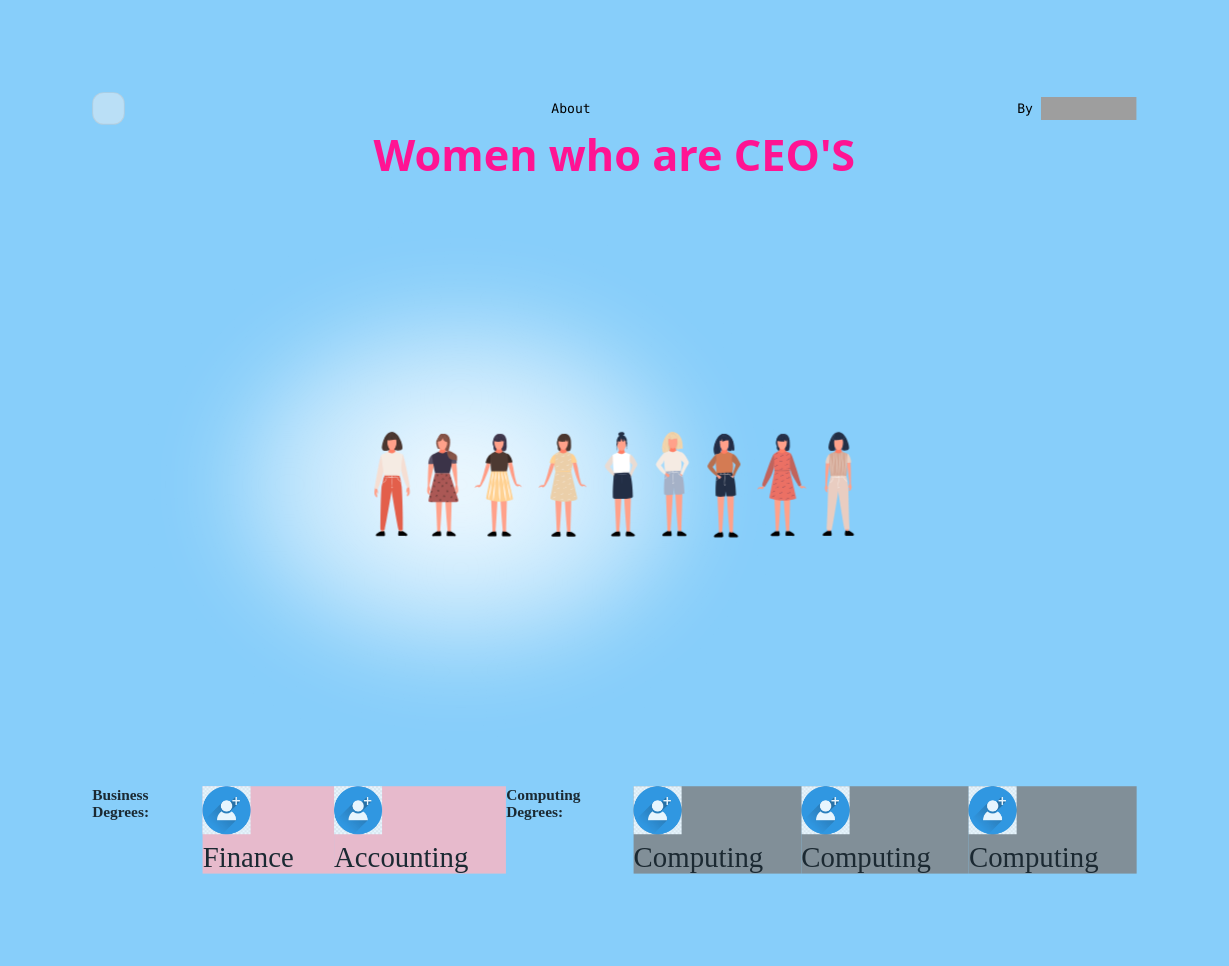
Repository: bguemos/week3example
Page: /
An editor plug-in stored every save of this project. The page is shown before and after the next save, followed by the edit.
The browser window is 1280 px wide. The pictures show the whole page, at 96% of full size.
Pictures or frames that could not be fetched are drawn as grey boxes. The project was rebuilt for these pictures with package versions that can differ from the ones it lists, and the page was loaded fresh each time. The framework's server and built-in components were replaced by stand-ins that run in the browser. Also part of the build but not shown: next.config.js.

Above is the page before, as saved 2023-01-18 12:30:01.

After the next save:
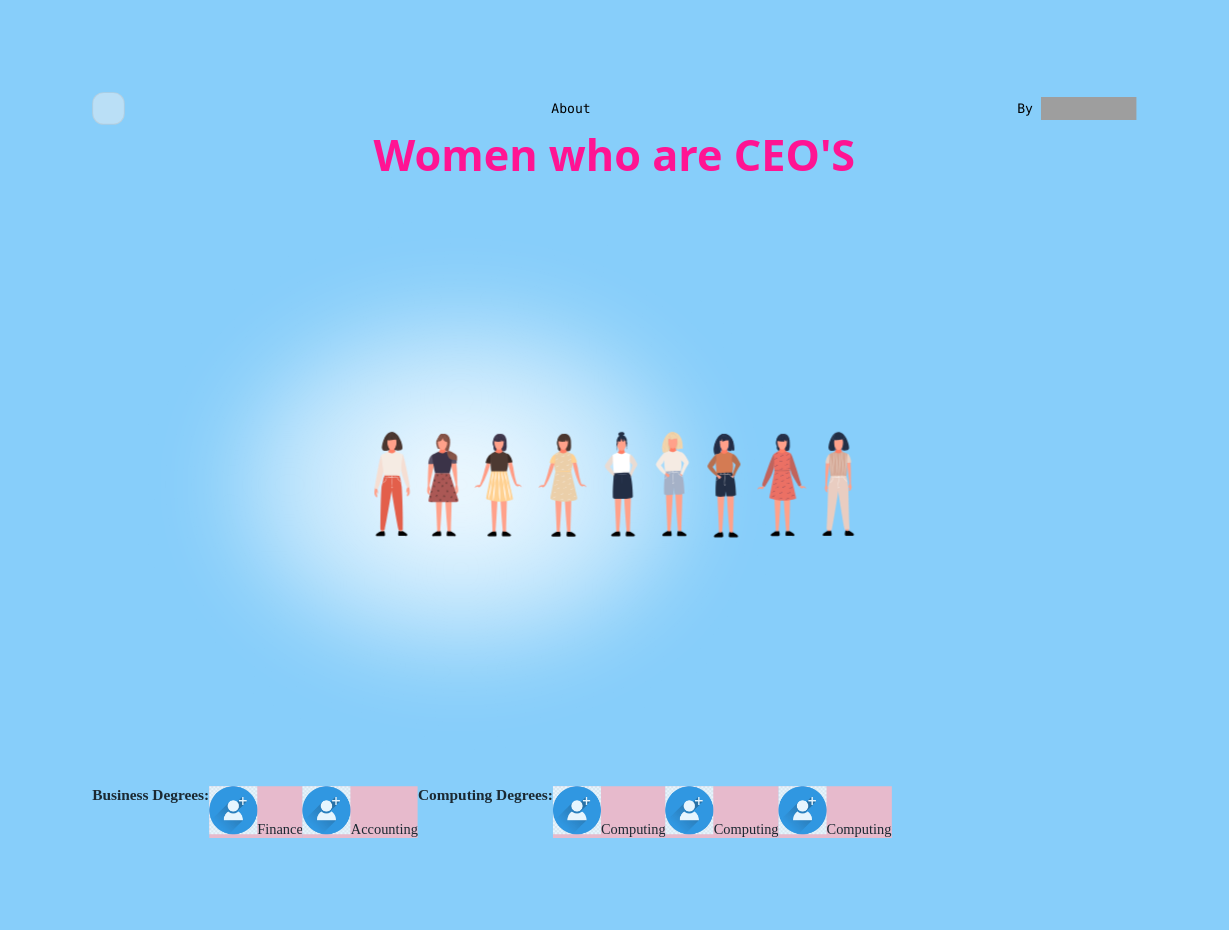
Saved 23 s later.
--- a/pages/index.js
+++ b/pages/index.js
@@ -66,7 +66,7 @@
           {information && information.map((info, index) => {
             if(info.department === "Business"){
               return(
-                <Card key={index} degree={info.degree} colour="lightPink" font="30px"/>
+                <Card key={index} degree={info.degree} colour="lightPink" font="15px"/>
               )
             }
            })}
@@ -74,7 +74,7 @@
            {information && information.map((info, index) => {
             if(info.department === "Computing"){
               return(
-              <Card key={index} degree={info.department} colour="grey" font="30px"/>
+              <Card key={index} degree={info.department} colour="lightPink" font="15px"/>
               )
             }
             })}
